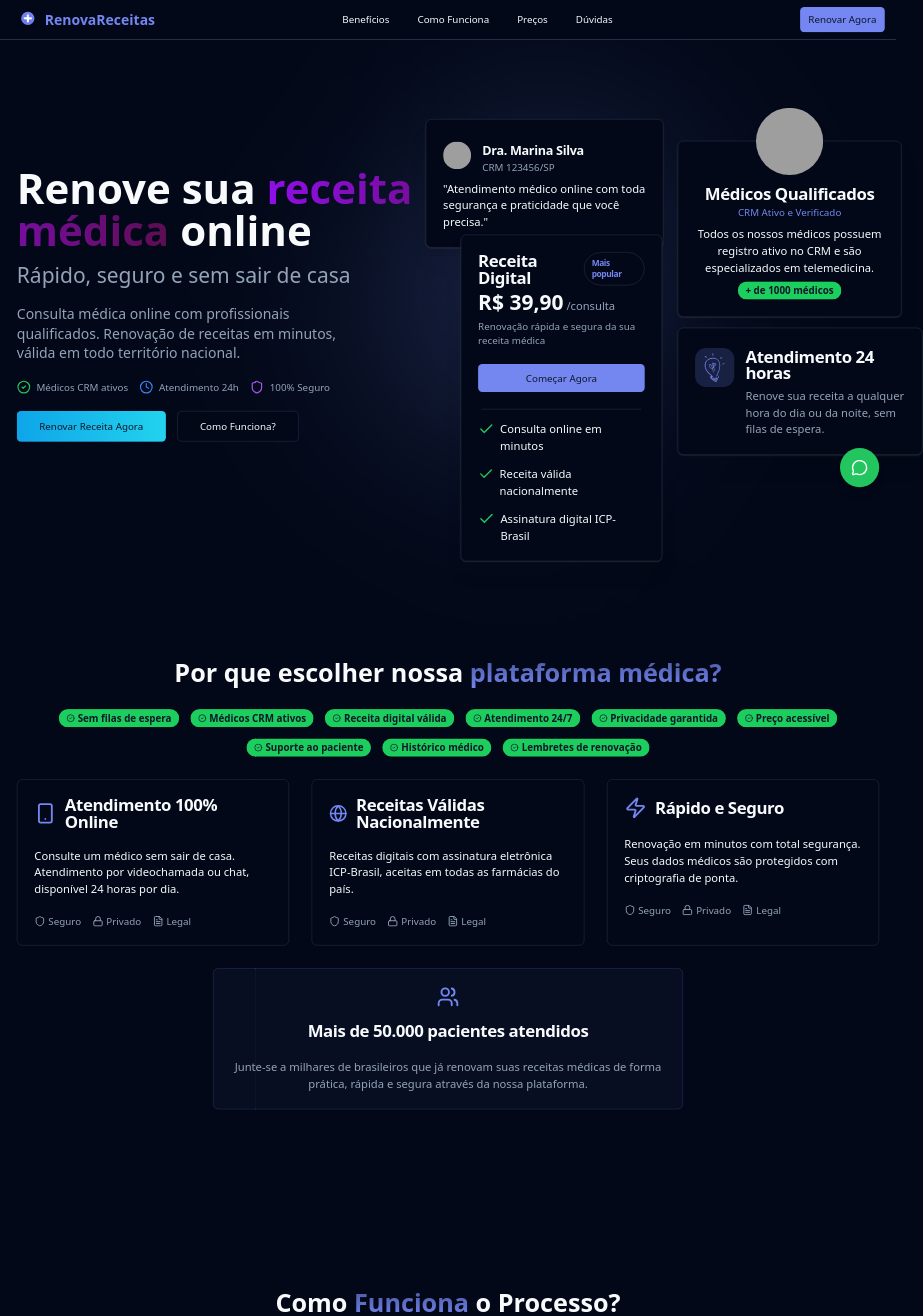
Repository: xoiurp/saude-digital
Page: /
An editor plug-in stored every save of this project. The page is shown before and after the next save, followed by the edit.
The browser window is 1280 px wide. The page is 1318 px wide, so the pictures cover 1318 px, including what lies to the right of the window. The pictures show the part of the page from y = 0 to 1880 px (the page is 6777 px tall), at 70% of full size.
Pictures or frames that could not be fetched are drawn as grey boxes. The project was rebuilt for these pictures with package versions that can differ from the ones it lists, and the page was loaded fresh each time. Also part of the build but not shown: vite.config.ts.

Above is the page before, as saved 2025-09-09 16:12:10.

### index.html
<!doctype html>
<html lang="pt-BR">
  <head>
    <meta charset="UTF-8" />
    <link rel="icon" type="image/svg+xml" href="/vite.svg" />
    <meta name="viewport" content="width=device-width, initial-scale=1.0" />
    <meta name="description" content="Renove sua receita médica online com segurança e praticidade. Consulta médica 24h, receita digital válida em todo Brasil. Renovação em minutos!">
    <meta name="keywords" content="renovar receita, receita médica online, telemedicina, consulta online, receita digital">
    <title>RenovaReceitas - Renovação de Receitas Médicas Online 24h</title>
  </head>
  <body>
    <div id="root"></div>
    <script type="module" src="/src/main.tsx"></script>
  </body>
</html>

### src/App.tsx
import { About } from "./components/About";
import { Cta } from "./components/Cta";
import { FAQ } from "./components/FAQ";
import { Features } from "./components/Features";
import { Footer } from "./components/Footer";
import { Hero } from "./components/Hero";
import { HowItWorks } from "./components/HowItWorks";
import { Navbar } from "./components/Navbar";
import { Newsletter } from "./components/Newsletter";
import { Pricing } from "./components/Pricing";
import { Sponsors } from "./components/Sponsors";
import { Team } from "./components/Team";
import { Testimonials } from "./components/Testimonials";
import { WhatsAppButton } from "./components/WhatsAppButton";
import "./App.css";

function App() {
  return (
    <>
      <Navbar />
      <Hero />
      <Features />
      <HowItWorks />
      <Cta />
      <Testimonials />
      <Pricing />
      <FAQ />
      <Newsletter />
      <Footer />
      <WhatsAppButton />
    </>
  );
}

export default App;

### src/components/theme-provider.tsx
import { createContext, useContext, useEffect, useState } from "react";

type Theme = "dark" | "light" | "system";

type ThemeProviderProps = {
  children: React.ReactNode;
  defaultTheme?: Theme;
  storageKey?: string;
};

type ThemeProviderState = {
  theme: Theme;
  setTheme: (theme: Theme) => void;
};

const initialState: ThemeProviderState = {
  theme: "system",
  setTheme: () => null,
};

const ThemeProviderContext = createContext<ThemeProviderState>(initialState);

export function ThemeProvider({
  children,
  defaultTheme = "dark",
  storageKey = "vite-ui-theme",
  ...props
}: ThemeProviderProps) {
  const [theme, setTheme] = useState<Theme>(
    () => (localStorage.getItem(storageKey) as Theme) || defaultTheme
  );

  useEffect(() => {
    const root = window.document.documentElement;

    root.classList.remove("light", "dark");

    if (theme === "system") {
      const systemTheme = window.matchMedia("(prefers-color-scheme: dark)")
        .matches
        ? "dark"
        : "light";

      root.classList.add(systemTheme);
      return;
    }

    root.classList.add(theme);
  }, [theme]);

  const value = {
    theme,
    setTheme: (theme: Theme) => {
      localStorage.setItem(storageKey, theme);
      setTheme(theme);
    },
  };

  return (
    <ThemeProviderContext.Provider
      {...props}
      value={value}
    >
      {children}
    </ThemeProviderContext.Provider>
  );
}

export const useTheme = () => {
  const context = useContext(ThemeProviderContext);

  if (context === undefined)
    throw new Error("useTheme must be used within a ThemeProvider");

  return context;
};

### src/components/Cta.tsx
import { Button } from "./ui/button";
import { ArrowRight, Clock, Shield, CheckCircle2 } from "lucide-react";

export const Cta = () => {
  return (
    <section
      id="cta"
      className="bg-gradient-to-r from-primary/10 via-primary/5 to-primary/10 py-16 my-24 sm:my-32 rounded-xl"
    >
      <div className="container lg:grid lg:grid-cols-2 place-items-center">
        <div className="lg:col-start-1">
          <h2 className="text-3xl md:text-4xl font-bold ">
            Precisa renovar sua
            <span className="bg-gradient-to-b from-primary to-primary/80 text-transparent bg-clip-text">
              {" "}
              receita agora?{" "}
            </span>
          </h2>
          <p className="text-muted-foreground text-xl mt-4 mb-8 lg:mb-0">
            Não fique sem sua medicação! Renove sua receita em minutos com
            segurança e praticidade. Atendimento médico online 24 horas.
          </p>
          <div className="space-y-4 mt-6">
            <div className="flex items-center gap-2">
              <CheckCircle2 className="h-5 w-5 text-green-500" />
              <span className="text-sm">Consulta médica em até 30 minutos</span>
            </div>
            <div className="flex items-center gap-2">
              <Shield className="h-5 w-5 text-purple-500" />
              <span className="text-sm">Receita digital válida em todo Brasil</span>
            </div>
            <div className="flex items-center gap-2">
              <Clock className="h-5 w-5 text-purple-500" />
              <span className="text-sm">Disponível 24 horas, 7 dias por semana</span>
            </div>
          </div>
        </div>

        <div className="space-y-4 lg:col-start-2">
          <a href="http://wa.me/5516981747790" target="_blank" rel="noopener noreferrer">
            <Button size="lg" className="w-full md:mr-4 md:w-auto">
              Renovar Receita Agora
              <ArrowRight className="ml-2 h-5 w-5" />
            </Button>
          </a>
        </div>
      </div>
    </section>
  );
};

### src/components/Footer.tsx
import iconLogo from "../assets/icon-logo.svg";

export const Footer = () => {
  return (
    <footer id="footer">
      <hr className="w-11/12 mx-auto" />

      <section className="container py-14 text-center">
        <a
          rel="noreferrer noopener"
          href="/"
          className="font-bold text-xl flex items-center justify-center"
        >
          <img src={iconLogo} alt="Icon Logo" className="w-6 h-6 mr-2" />
          Renove Receitas
        </a>
      </section>

      <section className="container pb-14 text-center">
        <h3>
          &copy; 2025 Feito por {" "}
          <a
            rel="noreferrer noopener"
            target="_blank"
            href="https://www.linkedin.com/in/gustavo-seigi-bressanin-a044ba1b6/"
            className="text-primary transition-all border-primary hover:border-b-2"
          >
            Agenc.iA
          </a>
        </h3>
      </section>
    </footer>
  );
};

### src/components/Hero.tsx
import { Button } from "./ui/button";
import { HeroCards } from "./HeroCards";
import { CheckCircle2, Clock, Shield } from "lucide-react";

export const Hero = () => {
  return (
    <section className="container grid lg:grid-cols-2 place-items-center py-20 md:py-32 gap-10">
      <div className="text-center lg:text-start space-y-6">
        <main className="text-5xl md:text-6xl font-bold">
          <h1 className="inline">
            Renove sua{" "}
            <span className="inline bg-gradient-to-r from-[#910ee9] to-[#5c0d51] text-transparent bg-clip-text">
              receita médica
            </span>{" "}
            online
          </h1>
          <h2 className="text-2xl md:text-3xl font-normal mt-4 text-muted-foreground">
            Rápido, seguro e sem sair de casa
          </h2>
        </main>

        <p className="text-xl text-muted-foreground md:w-10/12 mx-auto lg:mx-0">
          Consulta médica online com profissionais qualificados.
          Renovação de receitas em minutos, válida em todo território nacional.
        </p>

        <div className="flex flex-col sm:flex-row gap-4 items-center justify-center lg:justify-start">
          <div className="flex items-center gap-2 text-sm text-muted-foreground">
            <CheckCircle2 className="h-5 w-5 text-green-500" />
            <span>Médicos CRM ativos</span>
          </div>
          <div className="flex items-center gap-2 text-sm text-muted-foreground">
            <Clock className="h-5 w-5 text-blue-500" />
            <span>Atendimento 24h</span>
          </div>
          <div className="flex items-center gap-2 text-sm text-muted-foreground">
            <Shield className="h-5 w-5 text-purple-500" />
            <span>100% Seguro</span>
          </div>
        </div>

        <div className="space-y-4 md:space-y-0 md:space-x-4">
          <Button size="lg" className="w-full md:w-auto bg-gradient-to-r from-[#0EA5E9] to-[#22D3EE] hover:from-[#0284C7] hover:to-[#0EA5E9]">
            Renovar Receita Agora
          </Button>

          <Button
            size="lg"
            variant="outline"
            className="w-full md:w-auto"
          >
            Como Funciona?
          </Button>
        </div>
      </div>

      {/* Hero cards sections */}
      <div className="z-10">
        <HeroCards />
      </div>

      {/* Shadow effect */}
      <div className="shadow"></div>
    </section>
  );
};

### src/components/Newsletter.tsx
import { Button } from "./ui/button";
import { Input } from "./ui/input";

export const Newsletter = () => {
  const handleSubmit = (e: any) => {
    e.preventDefault();
    console.log("Cadastrar-sed!");
  };

  return (
    <section id="Newsletter">
      <hr className="w-11/12 mx-auto" />

      <div className="container py-24 sm:py-32">
        <h3 className="text-center text-4xl md:text-5xl font-bold">
          Cadastra-se para receber{" "}
          <span className="bg-gradient-to-b from-primary/60 to-primary text-transparent bg-clip-text">
            Newsletter
          </span>
        </h3>
        <p className="text-xl text-muted-foreground text-center mt-4 mb-8">
          Enviaremos apenas o necessário.
        </p>

        <form
          className="flex flex-col w-full md:flex-row md:w-6/12 lg:w-4/12 mx-auto gap-4 md:gap-2"
          onSubmit={handleSubmit}
        >
          <Input
            placeholder="leomirandadev@gmail.com"
            className="bg-muted/50 dark:bg-muted/80 "
            aria-label="email"
          />
          <Button>Cadastrar-se</Button>
        </form>
      </div>

      <hr className="w-11/12 mx-auto" />
    </section>
  );
};

### src/components/WhatsAppButton.tsx
import { MessageCircle } from "lucide-react";

export const WhatsAppButton = () => {
  const whatsappUrl = "http://wa.me/5516981747790";

  return (
    <a
      href={whatsappUrl}
      target="_blank"
      rel="noopener noreferrer"
      className="fixed bottom-6 right-6 z-50 bg-green-500 hover:bg-green-600 text-white p-4 rounded-full shadow-lg transition-all duration-300 hover:scale-110 flex items-center justify-center group"
      aria-label="Contato via WhatsApp"
    >
      <MessageCircle className="h-6 w-6" />
      <span className="absolute right-full mr-3 bg-gray-800 text-white text-sm px-3 py-2 rounded-lg opacity-0 group-hover:opacity-100 transition-opacity duration-300 whitespace-nowrap">
        Fale conosco no WhatsApp
      </span>
    </a>
  );
};

### src/App.css
@tailwind base;
@tailwind components;
@tailwind utilities;

@layer base {
  /* Light mode - Medical theme with blue and green tones */
  :root {
    --background: 0 0% 100%;
    --foreground: 222.2 84% 4.9%;

    --card: 0 0% 100%;
    --card-foreground: 222.2 84% 4.9%;

    --popover: 0 0% 100%;
    --popover-foreground: 222.2 84% 4.9%;

    /* Primary - Medical Blue */
    --primary: 231 82% 70%;
    --primary-foreground: 0 0% 100%;

    /* Secondary - Soft Green */
    --secondary: 142 76% 36%;
    --secondary-foreground: 0 0% 100%;

    --muted: 210 40% 96.1%;
    --muted-foreground: 215.4 16.3% 46.9%;

    --accent: 210 40% 96.1%;
    --accent-foreground: 222.2 47.4% 11.2%;

    --destructive: 0 84.2% 60.2%;
    --destructive-foreground: 210 40% 98%;

    --border: 214.3 31.8% 91.4%;
    --input: 214.3 31.8% 91.4%;
    --ring: 231 82% 70%;

    --radius: 0.5rem;
  }

  /* Dark mode - Medical theme */
  .dark {
    --background: 222.2 84% 4.9%;
    --foreground: 210 40% 98%;

    --card: 222.2 84% 4.9%;
    --card-foreground: 210 40% 98%;

    --popover: 222.2 84% 4.9%;
    --popover-foreground: 210 40% 98%;

    /* Primary - Medical Blue (lighter for dark mode) */
    --primary: 231 82% 70%;
    --primary-foreground: 222.2 47.4% 11.2%;

    /* Secondary - Soft Green (lighter for dark mode) */
    --secondary: 142 76% 46%;
    --secondary-foreground: 222.2 47.4% 11.2%;

    --muted: 217.2 32.6% 17.5%;
    --muted-foreground: 215 20.2% 65.1%;

    --accent: 217.2 32.6% 17.5%;
    --accent-foreground: 210 40% 98%;

    --destructive: 0 62.8% 30.6%;
    --destructive-foreground: 210 40% 98%;

    --border: 217.2 32.6% 17.5%;
    --input: 217.2 32.6% 17.5%;
    --ring: 231 82% 70%;
  }
}

@layer base {
  * {
    @apply border-border;
  }
  body {
    @apply bg-background text-foreground;
  }
}

### src/components/ui/button.tsx
import * as React from "react"
import { Slot } from "@radix-ui/react-slot"
import { cva, type VariantProps } from "class-variance-authority"

import { cn } from "@/lib/utils"

const buttonVariants = cva(
  "inline-flex items-center justify-center whitespace-nowrap rounded-md text-sm font-medium ring-offset-background transition-colors focus-visible:outline-none focus-visible:ring-2 focus-visible:ring-ring focus-visible:ring-offset-2 disabled:pointer-events-none disabled:opacity-50",
  {
    variants: {
      variant: {
        default: "bg-primary text-primary-foreground hover:bg-primary/90",
        destructive:
          "bg-destructive text-destructive-foreground hover:bg-destructive/90",
        outline:
          "border border-input bg-background hover:bg-accent hover:text-accent-foreground",
        secondary:
          "bg-secondary text-secondary-foreground hover:bg-secondary/80",
        ghost: "hover:bg-accent hover:text-accent-foreground",
        link: "text-primary underline-offset-4 hover:underline",
      },
      size: {
        default: "h-10 px-4 py-2",
        sm: "h-9 rounded-md px-3",
        lg: "h-11 rounded-md px-8",
        icon: "h-10 w-10",
      },
    },
    defaultVariants: {
      variant: "default",
      size: "default",
    },
  }
)

export interface ButtonProps
  extends React.ButtonHTMLAttributes<HTMLButtonElement>,
    VariantProps<typeof buttonVariants> {
  asChild?: boolean
}

const Button = React.forwardRef<HTMLButtonElement, ButtonProps>(
  ({ className, variant, size, asChild = false, ...props }, ref) => {
    const Comp = asChild ? Slot : "button"
    return (
      <Comp
        className={cn(buttonVariants({ variant, size, className }))}
        ref={ref}
        {...props}
      />
    )
  }
)
Button.displayName = "Button"

export { Button, buttonVariants }

### src/components/ui/accordion.tsx
import * as React from "react";
import * as AccordionPrimitive from "@radix-ui/react-accordion";
import { ChevronDown } from "lucide-react";

import { cn } from "@/lib/utils";

const Accordion = AccordionPrimitive.Root;

const AccordionItem = React.forwardRef<
  React.ElementRef<typeof AccordionPrimitive.Item>,
  React.ComponentPropsWithoutRef<typeof AccordionPrimitive.Item>
>(({ className, ...props }, ref) => (
  <AccordionPrimitive.Item
    ref={ref}
    className={cn("border-b", className)}
    {...props}
  />
));
AccordionItem.displayName = "AccordionItem";

const AccordionTrigger = React.forwardRef<
  React.ElementRef<typeof AccordionPrimitive.Trigger>,
  React.ComponentPropsWithoutRef<typeof AccordionPrimitive.Trigger>
>(({ className, children, ...props }, ref) => (
  <AccordionPrimitive.Header className="flex">
    <AccordionPrimitive.Trigger
      ref={ref}
      className={cn(
        "flex flex-1 items-center justify-between py-4 font-medium transition-all hover:underline [&[data-state=open]>svg]:rotate-180",
        className
      )}
      {...props}
    >
      {children}
      <ChevronDown className="h-4 w-4 shrink-0 transition-transform duration-200" />
    </AccordionPrimitive.Trigger>
  </AccordionPrimitive.Header>
));
AccordionTrigger.displayName = AccordionPrimitive.Trigger.displayName;

const AccordionContent = React.forwardRef<
  React.ElementRef<typeof AccordionPrimitive.Content>,
  React.ComponentPropsWithoutRef<typeof AccordionPrimitive.Content>
>(({ className, children, ...props }, ref) => (
  <AccordionPrimitive.Content
    ref={ref}
    className="overflow-hidden text-sm transition-all data-[state=closed]:animate-accordion-up data-[state=open]:animate-accordion-down"
    {...props}
  >
    <div
      className={cn("pb-4 pt-0 text-muted-foreground text-[16px]", className)}
    >
      {children}
    </div>
  </AccordionPrimitive.Content>
));

AccordionContent.displayName = AccordionPrimitive.Content.displayName;

export { Accordion, AccordionItem, AccordionTrigger, AccordionContent };

### src/components/ui/badge.tsx
import * as React from "react"
import { cva, type VariantProps } from "class-variance-authority"

import { cn } from "@/lib/utils"

const badgeVariants = cva(
  "inline-flex items-center rounded-full border px-2.5 py-0.5 text-xs font-semibold transition-colors focus:outline-none focus:ring-2 focus:ring-ring focus:ring-offset-2",
  {
    variants: {
      variant: {
        default:
          "border-transparent bg-primary text-primary-foreground hover:bg-primary/80",
        secondary:
          "border-transparent bg-secondary text-secondary-foreground hover:bg-secondary/80",
        destructive:
          "border-transparent bg-destructive text-destructive-foreground hover:bg-destructive/80",
        outline: "text-foreground",
      },
    },
    defaultVariants: {
      variant: "default",
    },
  }
)

export interface BadgeProps
  extends React.HTMLAttributes<HTMLDivElement>,
    VariantProps<typeof badgeVariants> {}

function Badge({ className, variant, ...props }: BadgeProps) {
  return (
    <div className={cn(badgeVariants({ variant }), className)} {...props} />
  )
}

export { Badge, badgeVariants }

### src/components/ui/card.tsx
import * as React from "react"

import { cn } from "@/lib/utils"

const Card = React.forwardRef<
  HTMLDivElement,
  React.HTMLAttributes<HTMLDivElement>
>(({ className, ...props }, ref) => (
  <div
    ref={ref}
    className={cn(
      "rounded-lg border bg-card text-card-foreground shadow-sm",
      className
    )}
    {...props}
  />
))
Card.displayName = "Card"

const CardHeader = React.forwardRef<
  HTMLDivElement,
  React.HTMLAttributes<HTMLDivElement>
>(({ className, ...props }, ref) => (
  <div
    ref={ref}
    className={cn("flex flex-col space-y-1.5 p-6", className)}
    {...props}
  />
))
CardHeader.displayName = "CardHeader"

const CardTitle = React.forwardRef<
  HTMLParagraphElement,
  React.HTMLAttributes<HTMLHeadingElement>
>(({ className, ...props }, ref) => (
  <h3
    ref={ref}
    className={cn(
      "text-2xl font-semibold leading-none tracking-tight",
      className
    )}
    {...props}
  />
))
CardTitle.displayName = "CardTitle"

const CardDescription = React.forwardRef<
  HTMLParagraphElement,
  React.HTMLAttributes<HTMLParagraphElement>
>(({ className, ...props }, ref) => (
  <p
    ref={ref}
    className={cn("text-sm text-muted-foreground", className)}
    {...props}
  />
))
CardDescription.displayName = "CardDescription"

const CardContent = React.forwardRef<
  HTMLDivElement,
  React.HTMLAttributes<HTMLDivElement>
>(({ className, ...props }, ref) => (
  <div ref={ref} className={cn("p-6 pt-0", className)} {...props} />
))
CardContent.displayName = "CardContent"

const CardFooter = React.forwardRef<
  HTMLDivElement,
  React.HTMLAttributes<HTMLDivElement>
>(({ className, ...props }, ref) => (
  <div
    ref={ref}
    className={cn("flex items-center p-6 pt-0", className)}
    {...props}
  />
))
CardFooter.displayName = "CardFooter"

export { Card, CardHeader, CardFooter, CardTitle, CardDescription, CardContent }

### src/components/ui/input.tsx
import * as React from "react"

import { cn } from "@/lib/utils"

export interface InputProps
  extends React.InputHTMLAttributes<HTMLInputElement> {}

const Input = React.forwardRef<HTMLInputElement, InputProps>(
  ({ className, type, ...props }, ref) => {
    return (
      <input
        type={type}
        className={cn(
          "flex h-10 w-full rounded-md border border-input bg-background px-3 py-2 text-sm ring-offset-background file:border-0 file:bg-transparent file:text-sm file:font-medium placeholder:text-muted-foreground focus-visible:outline-none focus-visible:ring-2 focus-visible:ring-ring focus-visible:ring-offset-2 disabled:cursor-not-allowed disabled:opacity-50",
          className
        )}
        ref={ref}
        {...props}
      />
    )
  }
)
Input.displayName = "Input"

export { Input }

### src/components/ui/avatar.tsx
import * as React from "react";
import * as AvatarPrimitive from "@radix-ui/react-avatar";

import { cn } from "@/lib/utils";

const Avatar = React.forwardRef<
  React.ElementRef<typeof AvatarPrimitive.Root>,
  React.ComponentPropsWithoutRef<typeof AvatarPrimitive.Root>
>(({ className, ...props }, ref) => (
  <AvatarPrimitive.Root
    ref={ref}
    className={cn(
      "relative flex h-10 w-10 shrink-0 overflow-hidden rounded-full",
      className
    )}
    {...props}
  />
));
Avatar.displayName = AvatarPrimitive.Root.displayName;

const AvatarImage = React.forwardRef<
  React.ElementRef<typeof AvatarPrimitive.Image>,
  React.ComponentPropsWithoutRef<typeof AvatarPrimitive.Image>
>(({ className, ...props }, ref) => (
  <AvatarPrimitive.Image
    ref={ref}
    className={cn("aspect-square h-full w-full", className)}
    {...props}
  />
));
AvatarImage.displayName = AvatarPrimitive.Image.displayName;

const AvatarFallback = React.forwardRef<
  React.ElementRef<typeof AvatarPrimitive.Fallback>,
  React.ComponentPropsWithoutRef<typeof AvatarPrimitive.Fallback>
>(({ className, ...props }, ref) => (
  <AvatarPrimitive.Fallback
    ref={ref}
    className={cn(
      "flex h-full w-full items-center justify-center rounded-full bg-muted",
      className
    )}
    {...props}
  />
));
AvatarFallback.displayName = AvatarPrimitive.Fallback.displayName;

export { Avatar, AvatarImage, AvatarFallback };

Loaded but not shown: src/main.tsx (common file); src/index.css (common file); src/lib/utils.ts (common file); tailwind.config.js (common file); src/components/Icons.tsx (664 lines, source omitted); src/components/Pricing.tsx (181 lines, source omitted); src/components/ui/navigation-menu.tsx (128 lines, source omitted); src/components/HeroCards.tsx (133 lines, source omitted); src/components/ui/sheet.tsx (138 lines, source omitted); src/components/Navbar.tsx (140 lines, source omitted); src/components/FAQ.tsx (109 lines, source omitted); src/components/Features.tsx (137 lines, source omitted); src/components/HowItWorks.tsx (118 lines, source omitted); src/components/Testimonials.tsx (103 lines, source omitted)

After the next save:
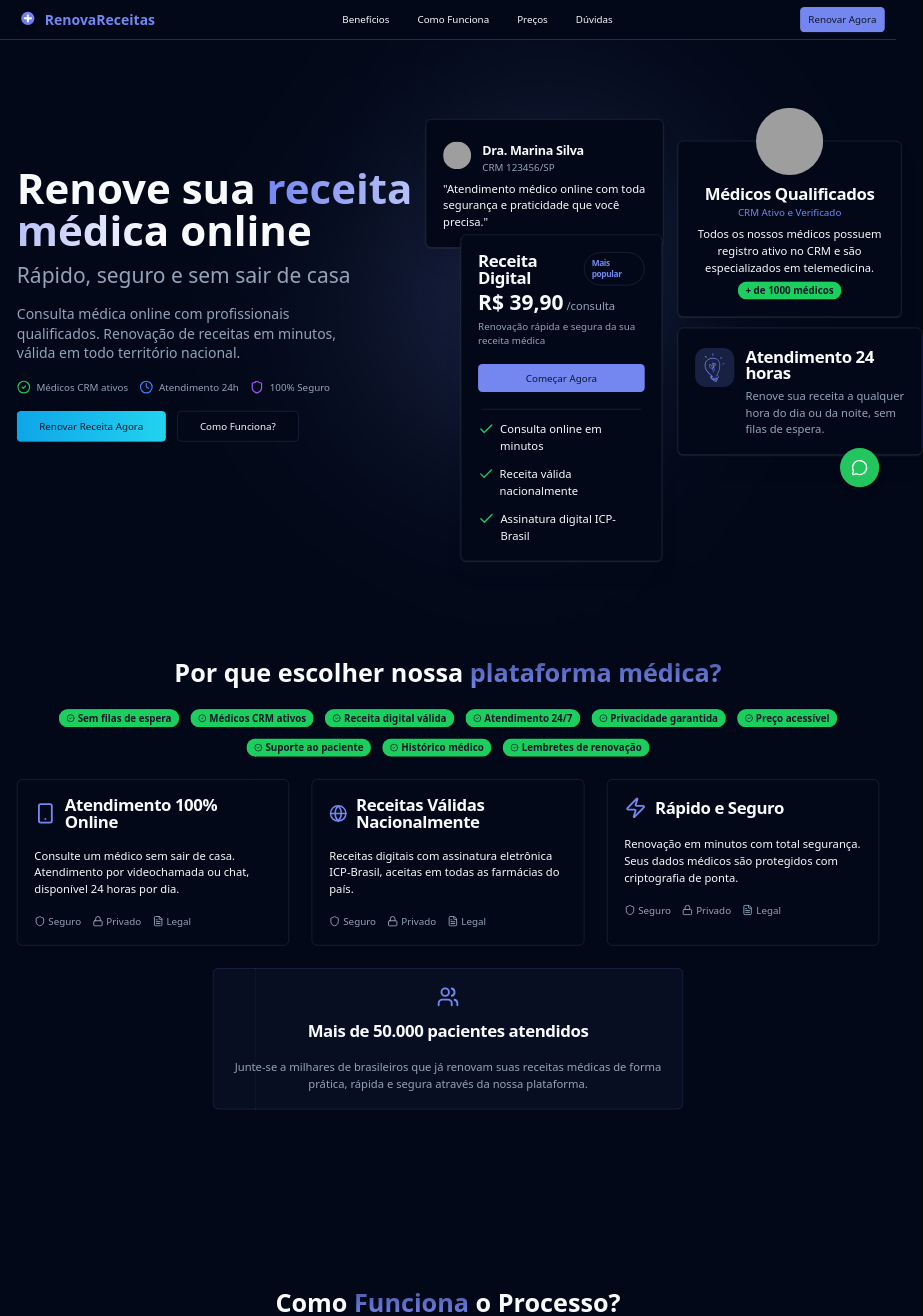
Saved 21 s later.
--- a/src/components/Hero.tsx
+++ b/src/components/Hero.tsx
@@ -9,7 +9,7 @@ export const Hero = () => {
         <main className="text-5xl md:text-6xl font-bold">
           <h1 className="inline">
             Renove sua{" "}
-            <span className="inline bg-gradient-to-r from-[#910ee9] to-[#5c0d51] text-transparent bg-clip-text">
+            <span className="inline bg-gradient-to-r from-[#7487F1] to-[#FFFFFF] text-transparent bg-clip-text">
               receita médica
             </span>{" "}
             online
